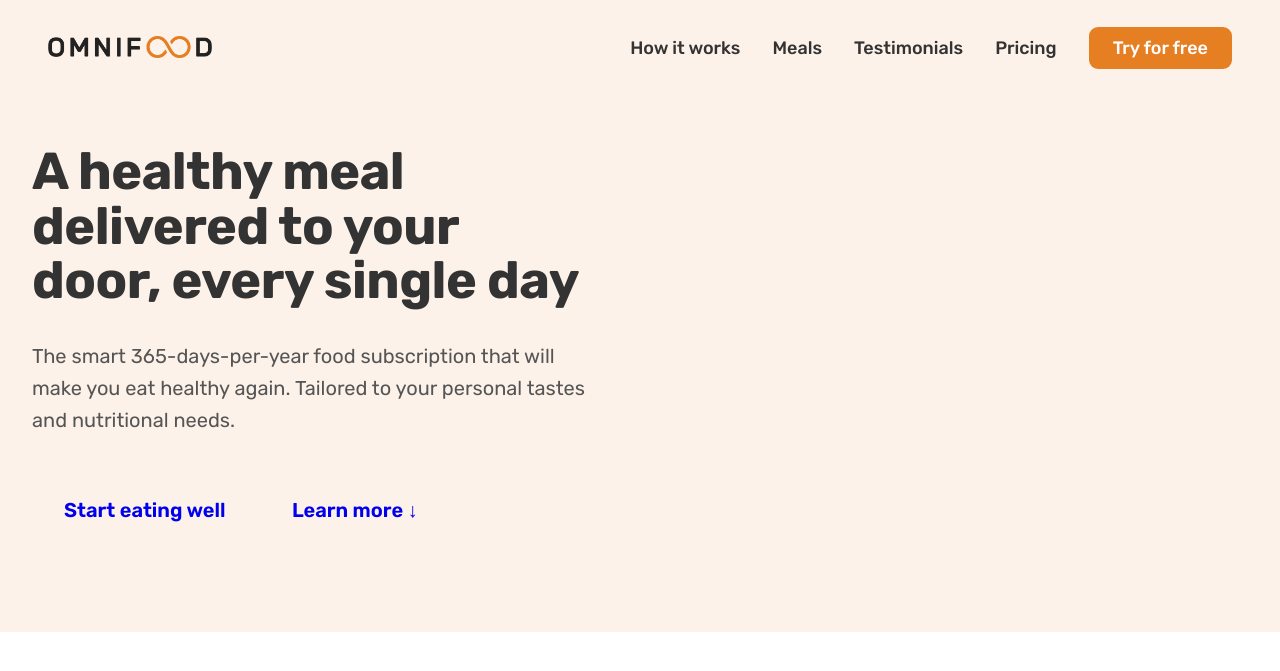
Repository: nghiakma/HTML-CSS-Fundamental
Page: Ominifood/index.html
An editor plug-in stored every save of this project. The page is shown before and after the next save, followed by the edit.
The browser window is 1280 px wide. The pictures show the whole page.
Some web libraries are served in a nearby version.

Above is the page before, as saved 2023-08-28 00:19:38.

After the next save:
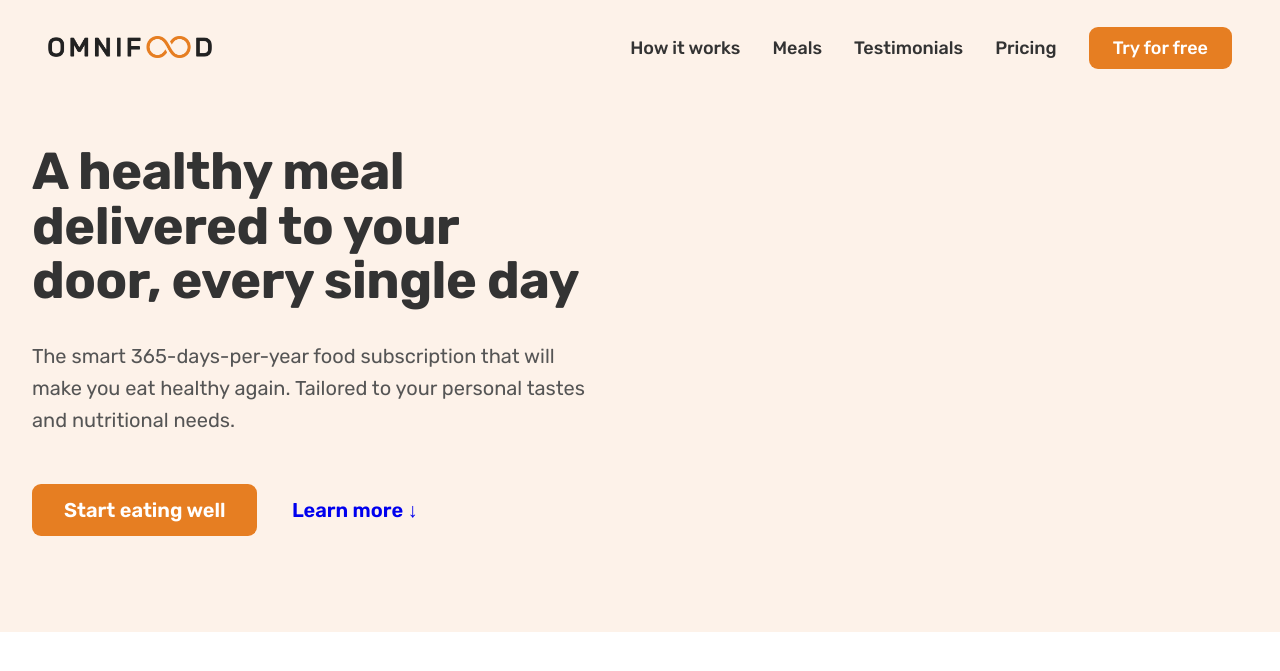
Saved 10 s later.
--- a/Ominifood/style.css
+++ b/Ominifood/style.css
@@ -166,3 +166,8 @@ body {
   padding: 1.6rem 3.2rem;
   border-radius: 9px;
 }
+.btn--full:link,
+.btn--full:visited {
+  background-color: #e67e22;
+  color: #fff;
+}
